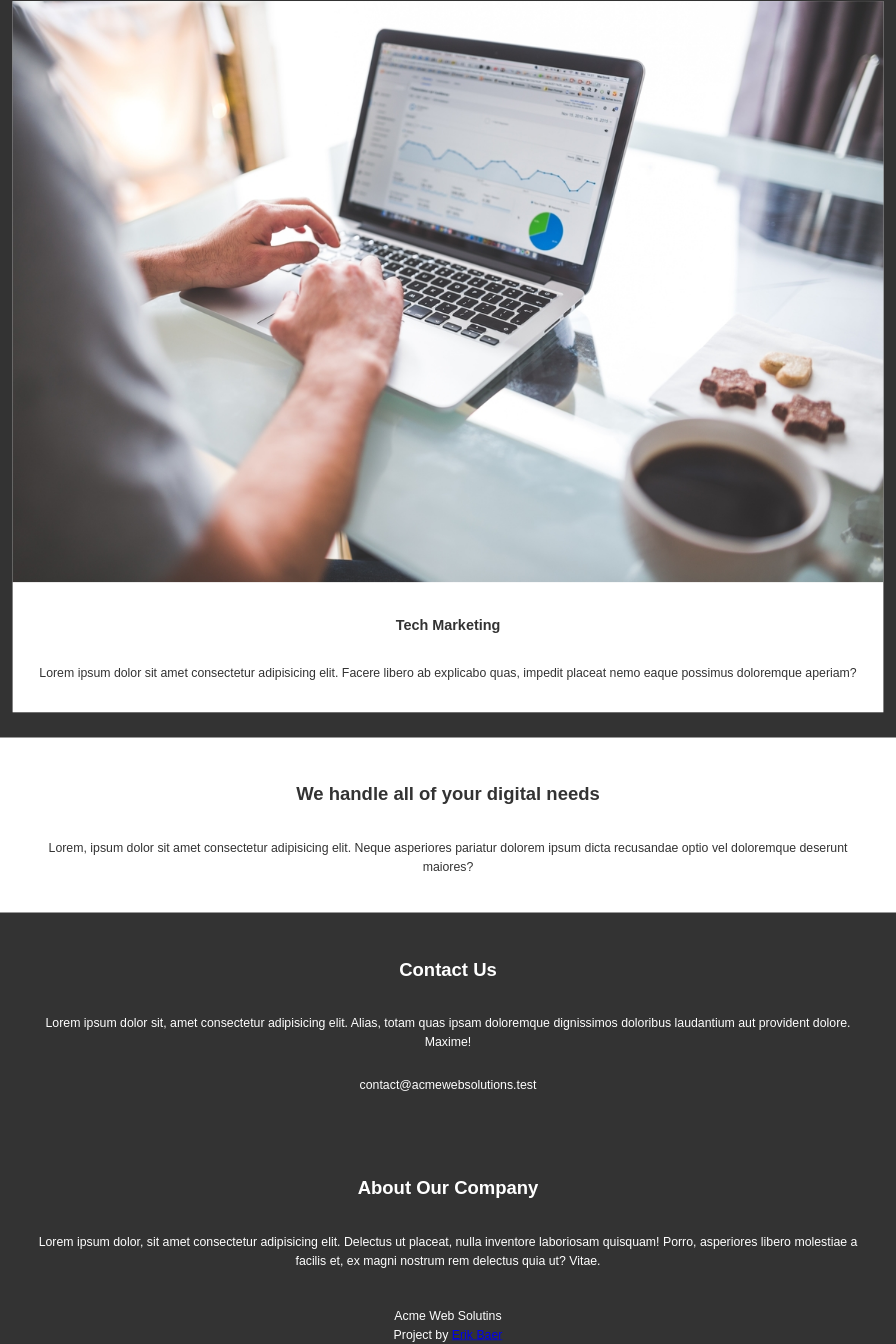
Repository: ErikBaer/MobileFirst
Page: index.html
These files come from the project's save history. The page is drawn as it stood at one moment and after the next save; the edit follows.
The browser window is 1280 px wide. The pictures show the part of the page from y = 2761 to 4681 px (the page is 4681 px tall), at 70% of full size.

Above is the page before, as saved 2020-02-15 03:19:46.

After the next save:
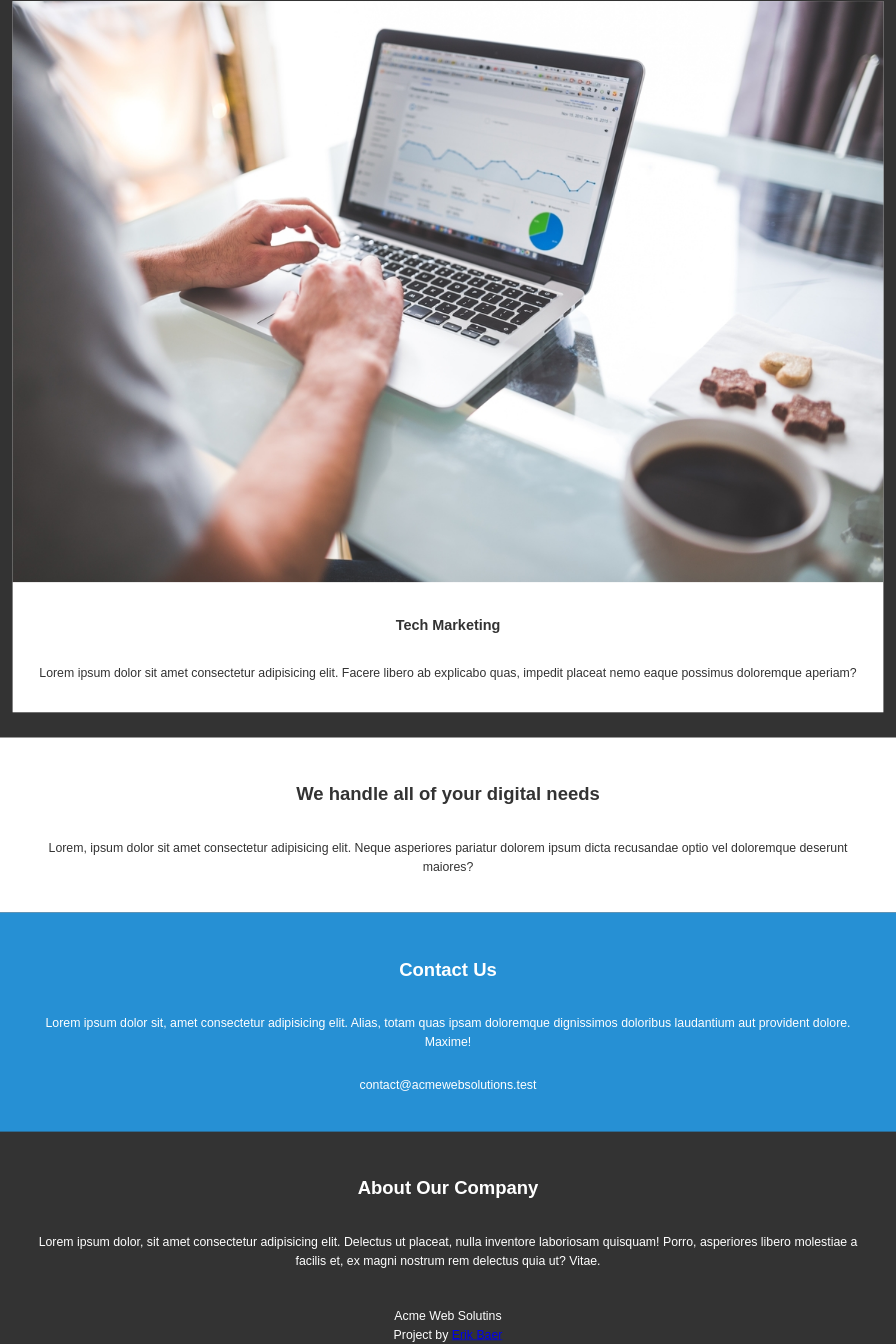
Saved 43 s later.
--- a/style.css
+++ b/style.css
@@ -116,3 +116,7 @@ p {
     padding: 2em;
     color: #fff;
 }
+
+#section-d .box:first-child {
+    background: #2690d4;
+}
